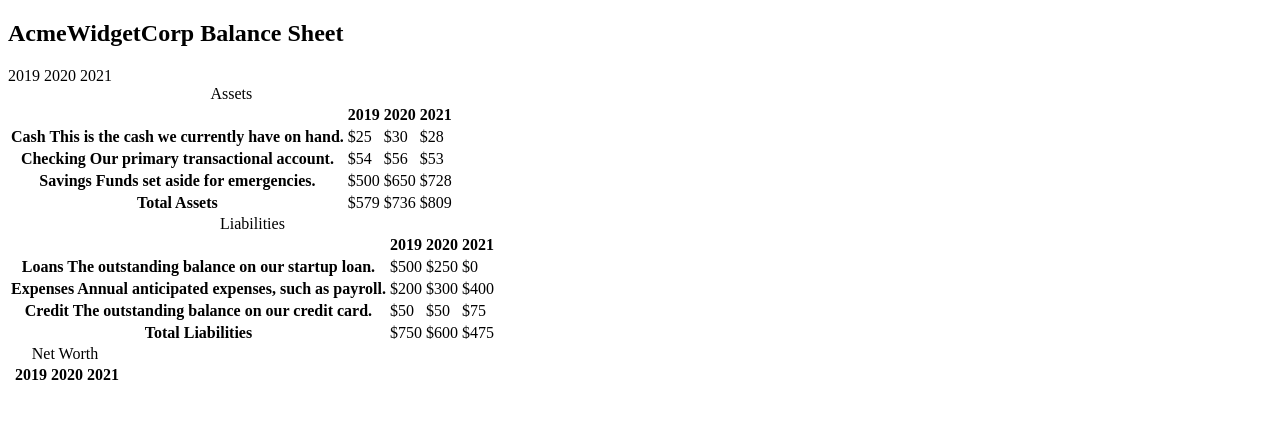
Repository: cipdanila/freeCodeCamp
Page: BalanceSheet/index.html
An editor plug-in stored every save of this project. The page is shown before and after the next save, followed by the edit.
The browser window is 1280 px wide. The pictures show the whole page.

Above is the page before, as saved 2023-10-19 16:52:15.

### BalanceSheet/index.html
<!DOCTYPE html>
<html lang="en">
    <head>
        <meta charset="UTF-8" />
        <meta name="viewport" content="width=device-width, initial-scale=1.0" />
        <title>Balance Sheet</title>
        <link rel="stylesheet" href="./styles.css" />
    </head>
    <body>
        <main>
            <section>
                <h1>
                    <span class="flex">
                        <span>AcmeWidgetCorp</span>
                        <span>Balance Sheet</span>
                    </span>
                </h1>
                <div id="years" aria-hidden="true">
                    <span class="year">2019</span>
                    <span class="year">2020</span>
                    <span class="year">2021</span>
                </div>
                <div class="table-wrap">
                    <table>
                        <caption>
                            Assets
                        </caption>
                        <thead>
                            <tr>
                                <td></td>
                                <th><span class="sr-only year">2019</span></th>
                                <th><span class="sr-only year">2020</span></th>
                                <th class="current">
                                    <span class="sr-only year">2021</span>
                                </th>
                            </tr>
                        </thead>
                        <tbody>
                            <tr class="data">
                                <th>
                                    Cash
                                    <span class="description"
                                        >This is the cash we currently have on
                                        hand.</span
                                    >
                                </th>
                                <td>$25</td>
                                <td>$30</td>
                                <td class="current">$28</td>
                            </tr>
                            <tr class="data">
                                <th>
                                    Checking
                                    <span class="description"
                                        >Our primary transactional
                                        account.</span
                                    >
                                </th>
                                <td>$54</td>
                                <td>$56</td>
                                <td class="current">$53</td>
                            </tr>
                            <tr class="data">
                                <th>
                                    Savings
                                    <span class="description"
                                        >Funds set aside for emergencies.</span
                                    >
                                </th>
                                <td>$500</td>
                                <td>$650</td>
                                <td class="current">$728</td>
                            </tr>
                            <tr class="total">
                                <th>
                                    Total <span class="sr-only">Assets</span>
                                </th>
                                <td>$579</td>
                                <td>$736</td>
                                <td class="current">$809</td>
                            </tr>
                        </tbody>
                    </table>
                    <table>
                        <caption>
                            Liabilities
                        </caption>
                        <thead>
                            <tr>
                                <td></td>
                                <th><span class="sr-only">2019</span></th>
                                <th><span class="sr-only">2020</span></th>
                                <th><span class="sr-only">2021</span></th>
                            </tr>
                        </thead>
                        <tbody>
                            <tr class="data">
                                <th>
                                    Loans
                                    <span class="description"
                                        >The outstanding balance on our startup
                                        loan.</span
                                    >
                                </th>
                                <td>$500</td>
                                <td>$250</td>
                                <td class="current">$0</td>
                            </tr>
                            <tr class="data">
                                <th>
                                    Expenses
                                    <span class="description"
                                        >Annual anticipated expenses, such as
                                        payroll.</span
                                    >
                                </th>
                                <td>$200</td>
                                <td>$300</td>
                                <td class="current">$400</td>
                            </tr>
                            <tr class="data">
                                <th>
                                    Credit
                                    <span class="description"
                                        >The outstanding balance on our credit
                                        card.</span
                                    >
                                </th>
                                <td>$50</td>
                                <td>$50</td>
                                <td class="current">$75</td>
                            </tr>
                            <tr class="total">
                                <th>
                                    Total
                                    <span class="sr-only">Liabilities</span>
                                </th>
                                <td>$750</td>
                                <td>$600</td>
                                <td class="current">$475</td>
                            </tr>
                        </tbody>
                    </table>
                    <table>
                        <caption>
                            Net Worth
                        </caption>
                        <thead>
                            <tr>
                                <td></td>
                                <th><span class="sr-only">2019</span></th>
                                <th><span class="sr-only">2020</span></th>
                                <th><span class="sr-only">2021</span></th>
                            </tr>
                        </thead>
                        <tbody>
                            <tr class="total"></tr>
                        </tbody>
                    </table>
                </div>
            </section>
        </main>
    </body>
</html>

Loaded but not shown: BalanceSheet/styles.css (empty)

After the next save:
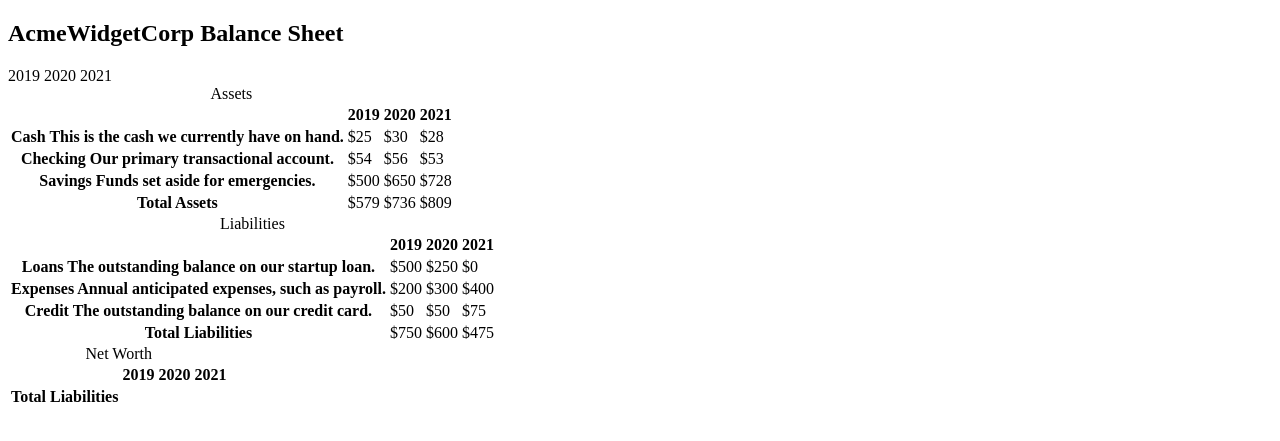
Saved 18 s later.
--- a/BalanceSheet/index.html
+++ b/BalanceSheet/index.html
@@ -154,7 +154,12 @@
                             </tr>
                         </thead>
                         <tbody>
-                            <tr class="total"></tr>
+                            <tr class="total">
+                                <th>
+                                    Total
+                                    <span class="sr-only">Liabilities</span>
+                                </th>
+                            </tr>
                         </tbody>
                     </table>
                 </div>
